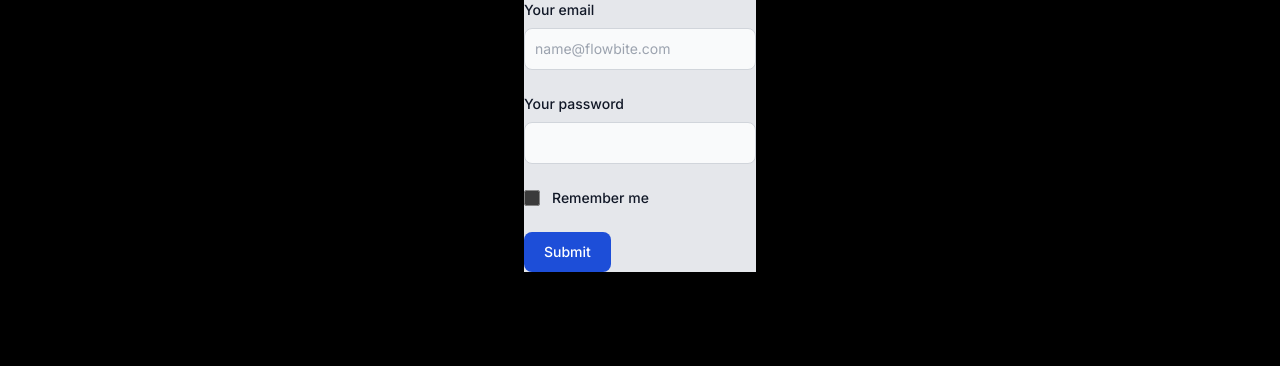
Repository: uh-sman/tasks
Page: /auth
These files come from the project's save history. The page is drawn as it stood at one moment and after the next save; the edit follows.
The browser window is 1280 px wide. The pictures show the whole page.
The project was rebuilt for these pictures with package versions that can differ from the ones it lists, and the page was loaded fresh each time. The framework's server and built-in components were replaced by stand-ins that run in the browser. Also part of the build but not shown: next.config.js.

Above is the page before, as saved 2024-01-12 08:57:07.

### app/layout.tsx
import type { Metadata } from "next";
import { Inter } from "next/font/google";
import "./globals.css";
import Head from "next/head";
import Sidebar from "../components/Sidebar";
import Home from "./(site)/page";
import ToasterProvider from "@/providers/ToasterProvider";

const inter = Inter({ subsets: ["latin"] });

export const metadata: Metadata = {
  title: "Create Next App",
  description: "Generated by create next app",
};

export default function RootLayout({
  children,
}: {
  children: React.ReactNode;
}, ) {
  return (
    <html lang="en">
      <body className={inter.className}>
        <ToasterProvider />
        {children}
      </body>
    </html>
  );
}


{/* <Home>
        {children}
        </Home> */}
        {/* <Sidebar>
          {children}
        </Sidebar> */}
        {/* {children} */}

### app/(components)/auth/layout.tsx
export default function AuthLayout({
    children,
  }: {
    children: React.ReactNode
  }) {
    return (
      <div>
        {children}
      </div>
    )
  }

### app/(components)/auth/page.tsx
import React from "react";

const AuthForm = () => {
  return (
    <div className="flex justify-center items-center h-full w-full">
      <form className="bg-gray-200">
        <div className="mb-6">
          <label
            htmlFor="email"
            className="block mb-2 text-sm font-medium text-gray-900 dark:text-gray-300"
          >
            Your email
          </label>
          <input
            type="email"
            id="email"
            className="bg-gray-50 border border-gray-300 text-gray-900 text-sm rounded-lg focus:ring-blue-500 focus:border-blue-500 block w-full p-2.5 dark:bg-gray-700 dark:border-gray-600 dark:placeholder-gray-400 dark:text-white dark:focus:ring-blue-500 dark:focus:border-blue-500"
            placeholder="name@flowbite.com"
            required
          />
        </div>
        <div className="mb-6">
          <label
            htmlFor="password"
            className="block mb-2 text-sm font-medium text-gray-900 dark:text-gray-300"
          >
            Your password
          </label>
          <input
            type="password"
            id="password"
            className="bg-gray-50 border border-gray-300 text-gray-900 text-sm rounded-lg focus:ring-blue-500 focus:border-blue-500 block w-full p-2.5 dark:bg-gray-700 dark:border-gray-600 dark:placeholder-gray-400 dark:text-white dark:focus:ring-blue-500 dark:focus:border-blue-500"
            required
          />
        </div>
        <div className="flex items-start mb-6">
          <div className="flex items-center h-5">
            <input
              id="remember"
              aria-describedby="remember"
              type="checkbox"
              className="w-4 h-4 bg-gray-50 rounded border border-gray-300 focus:ring-3 focus:ring-blue-300 dark:bg-gray-700 dark:border-gray-600 dark:focus:ring-blue-600 dark:ring-offset-gray-800"
              required
            />
          </div>
          <div className="ml-3 text-sm">
            <label
              htmlFor="remember"
              className="font-medium text-gray-900 dark:text-gray-300"
            >
              Remember me
            </label>
          </div>
        </div>
        <button
          type="submit"
          className="text-white bg-blue-700 hover:bg-blue-800 focus:ring-4 focus:ring-blue-300 font-medium rounded-lg text-sm w-full sm:w-auto px-5 py-2.5 text-center dark:bg-blue-600 dark:hover:bg-blue-700 dark:focus:ring-blue-800"
        >
          Submit
        </button>
      </form>
    </div>
  );
};

export default AuthForm;

### app/globals.css
@tailwind base;
@tailwind components;
@tailwind utilities;

html,
body,
:root{
  height: 100%;
  background-color: black;
  color-scheme: dark;
}

### providers/ToasterProvider.tsx
'use client'
import { Toaster } from "react-hot-toast"

const ToasterProvider = () => {
    return (
        <Toaster />
    )
}

export default ToasterProvider

Loaded but not shown: tailwind.config.ts (common file)

After the next save:
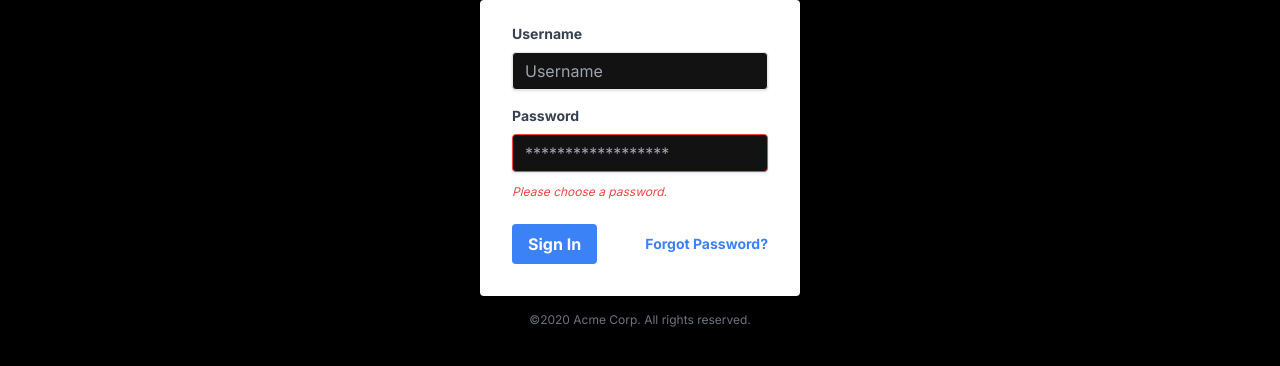
Saved 2 min 55 s later.
--- a/app/(components)/auth/page.tsx
+++ b/app/(components)/auth/page.tsx
@@ -3,62 +3,34 @@ import React from "react";
 const AuthForm = () => {
   return (
     <div className="flex justify-center items-center h-full w-full">
-      <form className="bg-gray-200">
-        <div className="mb-6">
-          <label
-            htmlFor="email"
-            className="block mb-2 text-sm font-medium text-gray-900 dark:text-gray-300"
-          >
-            Your email
-          </label>
-          <input
-            type="email"
-            id="email"
-            className="bg-gray-50 border border-gray-300 text-gray-900 text-sm rounded-lg focus:ring-blue-500 focus:border-blue-500 block w-full p-2.5 dark:bg-gray-700 dark:border-gray-600 dark:placeholder-gray-400 dark:text-white dark:focus:ring-blue-500 dark:focus:border-blue-500"
-            placeholder="name@flowbite.com"
-            required
-          />
-        </div>
-        <div className="mb-6">
-          <label
-            htmlFor="password"
-            className="block mb-2 text-sm font-medium text-gray-900 dark:text-gray-300"
-          >
-            Your password
-          </label>
-          <input
-            type="password"
-            id="password"
-            className="bg-gray-50 border border-gray-300 text-gray-900 text-sm rounded-lg focus:ring-blue-500 focus:border-blue-500 block w-full p-2.5 dark:bg-gray-700 dark:border-gray-600 dark:placeholder-gray-400 dark:text-white dark:focus:ring-blue-500 dark:focus:border-blue-500"
-            required
-          />
-        </div>
-        <div className="flex items-start mb-6">
-          <div className="flex items-center h-5">
-            <input
-              id="remember"
-              aria-describedby="remember"
-              type="checkbox"
-              className="w-4 h-4 bg-gray-50 rounded border border-gray-300 focus:ring-3 focus:ring-blue-300 dark:bg-gray-700 dark:border-gray-600 dark:focus:ring-blue-600 dark:ring-offset-gray-800"
-              required
-            />
-          </div>
-          <div className="ml-3 text-sm">
-            <label
-              htmlFor="remember"
-              className="font-medium text-gray-900 dark:text-gray-300"
-            >
-              Remember me
-            </label>
-          </div>
-        </div>
-        <button
-          type="submit"
-          className="text-white bg-blue-700 hover:bg-blue-800 focus:ring-4 focus:ring-blue-300 font-medium rounded-lg text-sm w-full sm:w-auto px-5 py-2.5 text-center dark:bg-blue-600 dark:hover:bg-blue-700 dark:focus:ring-blue-800"
-        >
-          Submit
-        </button>
-      </form>
+      <div className="w-full max-w-xs">
+  <form className="bg-white shadow-md rounded px-8 pt-6 pb-8 mb-4">
+    <div className="mb-4">
+      <label className="block text-gray-700 text-sm font-bold mb-2" htmlFor="username">
+        Username
+      </label>
+      <input className="shadow appearance-none border rounded w-full py-2 px-3 text-gray-700 leading-tight focus:outline-none focus:shadow-outline" id="username" type="text" placeholder="Username" />
+    </div>
+    <div className="mb-6">
+      <label className="block text-gray-700 text-sm font-bold mb-2" htmlFor="password">
+        Password
+      </label>
+      <input className="shadow appearance-none border border-red-500 rounded w-full py-2 px-3 text-gray-700 mb-3 leading-tight focus:outline-none focus:shadow-outline" id="password" type="password" placeholder="******************"/>
+      <p className="text-red-500 text-xs italic">Please choose a password.</p>
+    </div>
+    <div className="flex items-center justify-between">
+      <button className="bg-blue-500 hover:bg-blue-700 text-white font-bold py-2 px-4 rounded focus:outline-none focus:shadow-outline" type="button">
+        Sign In
+      </button>
+      <a className="inline-block align-baseline font-bold text-sm text-blue-500 hover:text-blue-800" href="#">
+        Forgot Password?
+      </a>
+    </div>
+  </form>
+  <p className="text-center text-gray-500 text-xs">
+    &copy;2020 Acme Corp. All rights reserved.
+  </p>
+</div>
     </div>
   );
 };
